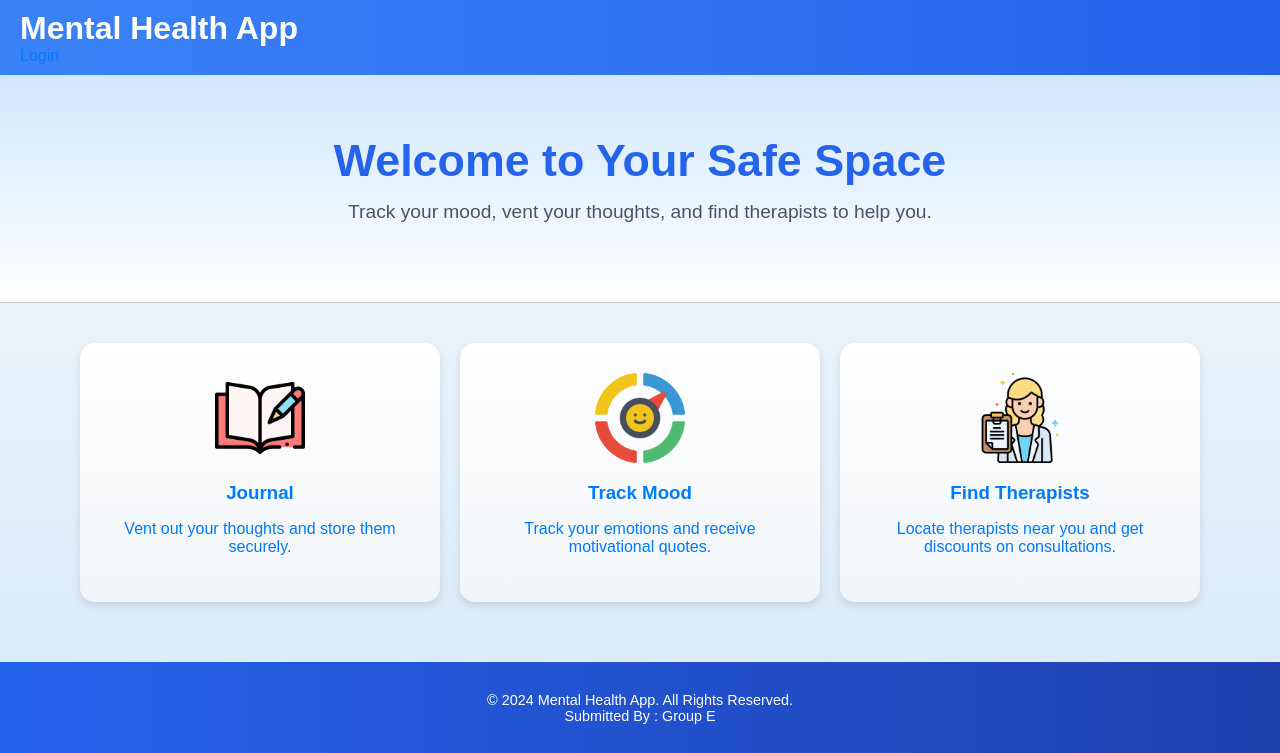
Repository: Gopa-613/mental-health-app
Page: http://localhost/index
These files come from the project's save history. The page is drawn as it stood at one moment and after the next save; the edit follows.
The browser window is 1280 px wide. The pictures show the whole page.
The page is this project's Thymeleaf template; nobody is signed in. The template is opened directly, without the code that normally fills it, so the values that code supplies are empty.

Above is the page before, as saved 2024-12-04 06:54:44.

### demo/src/main/resources/templates/index.html
<!DOCTYPE html>
<html xmlns:th="http://www.thymeleaf.org">
<head>
    <title>Mental Health App</title>
    <link rel="stylesheet" href="/css/style.css">
</head>
<body>
    <header>
        <div class="container">
            <h1>Mental Health App</h1>
            <a href="/login" class="login-button">Login</a>
        </div>
    </header>

    <main>
        <section class="welcome-section">
            <h2>Welcome to Your Safe Space</h2>
            <p>Track your mood, vent your thoughts, and find therapists to help you.</p>
        </section>

        <section class="features-section">
            <div class="feature">
                <a href="/journal">
                    <img src="/images/journal.png" alt="Journal">
                    <h3>Journal</h3>
                    <p>Vent out your thoughts and store them securely.</p>
                </a>
            </div>
            <div class="feature">
                <a href="/mood">
                    <img src="/images/mood.png" alt="Track Mood">
                    <h3>Track Mood</h3>
                    <p>Track your emotions and receive motivational quotes.</p>
                </a>
            </div>
            <div class="feature">
                <a href="/therapists">
                    <img src="/images/therapist.png" alt="Find Therapists">
                    <h3>Find Therapists</h3>
                    <p>Locate therapists near you and get discounts on consultations.</p>
                </a>
            </div>
        </section>
    </main>

    <footer>
        <p>© 2024 Mental Health App. All Rights Reserved.
			<br>
			Submitted By : Group E
		</p>
    </footer>
</body>
</html>

### demo/src/main/resources/static/css/style.css
/* General Styles */
body {
    font-family: Arial, sans-serif;
    margin: 0;
    padding: 0;
    background: linear-gradient(180deg, #f8f9fa, #d7e9f7);
    color: #333;
}

a {
    text-decoration: none;
    color: #007bff;
}

a:hover {
    color: #0056b3;
}

h1, h2, h3 {
    margin: 0;
}

/* Header Styles */
header {
    background: linear-gradient(90deg, #3b82f6, #2563eb);
    color: white;
    padding: 10px 20px;
    display: flex;
    justify-content: space-between;
    align-items: center;
    box-shadow: 0 2px 5px rgba(0, 0, 0, 0.1);
}
/*
header .login-button {
    background: white;
    color: #2563eb;
    padding: 5px 15px;
    border-radius: 5px;
    font-weight: bold;
    transition: background 0.3s, color 0.3s;
}*/
/*
header .login-button:hover {
    background: #2563eb;
    color: white;
}
*/
/* Welcome Section */
.welcome-section {
    text-align: center;
    padding: 60px 20px;
    background: linear-gradient(180deg, #d1e7fd, #ffffff);
    border-bottom: 1px solid #ccc;
}

.welcome-section h2 {
    font-size: 2.8em;
    margin-bottom: 15px;
    color: #2563eb;
}

.welcome-section p {
    font-size: 1.2em;
    margin-top: 0;
    color: #4b5563;
}

/* Features Section */
.features-section {
    display: flex;
    justify-content: center;
    flex-wrap: wrap;
    padding: 40px 10px;
    gap: 20px;
}

.feature {
    text-align: center;
    background: linear-gradient(180deg, #ffffff, #f1f5f9);
    border-radius: 15px;
    padding: 30px;
    width: 300px;
    box-shadow: 0 4px 8px rgba(0, 0, 0, 0.1);
    transition: transform 0.3s, box-shadow 0.3s;
}

.feature:hover {
    transform: scale(1.05);
    box-shadow: 0 6px 15px rgba(0, 0, 0, 0.2);
}

.feature img {
    max-width: 90px;
    margin-bottom: 15px;
}

/* Footer Styles */
footer {
    text-align: center;
    padding: 15px;
    background: linear-gradient(90deg, #2563eb, #1e40af);
    color: white;
    font-size: 0.9em;
    margin-top: 20px;
}

/* Responsive Styles */
@media (max-width: 768px) {
    .features-section {
        flex-direction: column;
        align-items: center;
    }

    .feature {
        width: 90%;
    }
}

After the next save:
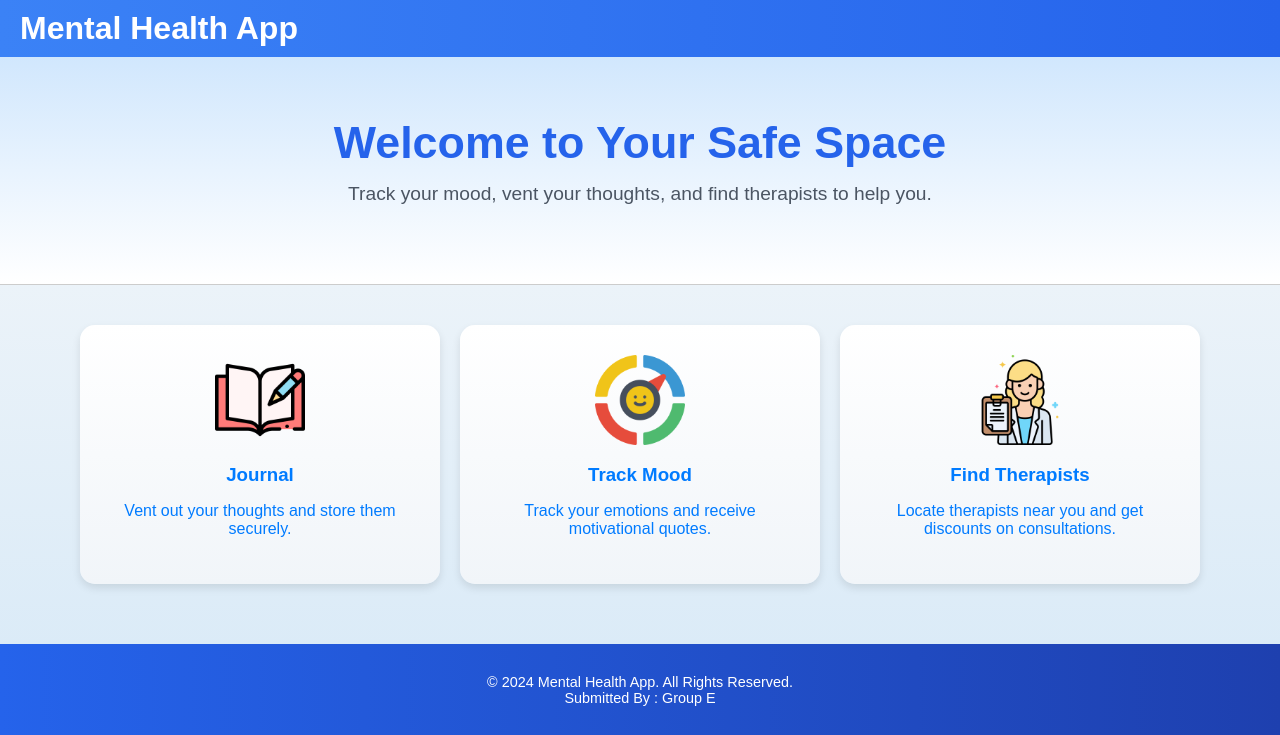
Saved 20 s later.
--- a/demo/src/main/resources/templates/index.html
+++ b/demo/src/main/resources/templates/index.html
@@ -8,7 +8,7 @@
     <header>
         <div class="container">
             <h1>Mental Health App</h1>
-            <a href="/login" class="login-button">Login</a>
+            <!--<a href="/login" class="login-button">Login</a>-->
         </div>
     </header>
 
